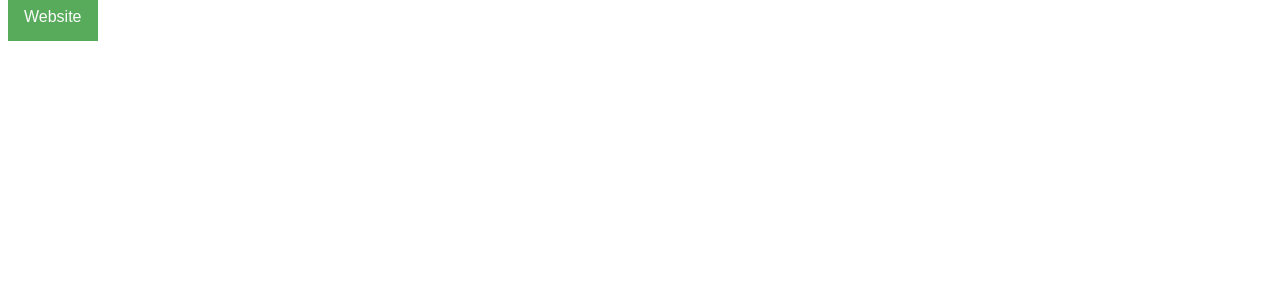
Repository: nvngon2604/Git
Page: web/index.html
These files come from the project's save history. The page is drawn as it stood at one moment and after the next save; the edit follows.
The browser window is 1280 px wide. The pictures show the whole page.

Above is the page before, as saved 2020-05-10 17:02:27.

After the next save:
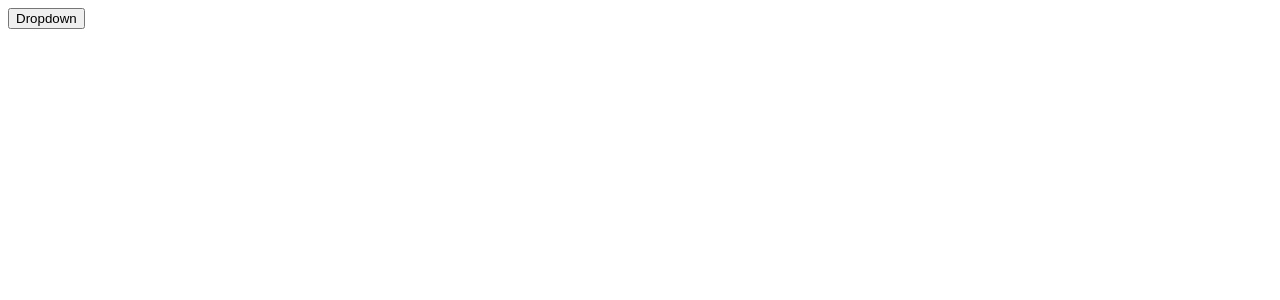
Saved 88 s later.
--- a/web/index.html
+++ b/web/index.html
@@ -7,14 +7,15 @@
     <link rel="stylesheet" href="web.css">
 </head>
 <body>
-        <div class="dropdown">
-            <span>Website</span>
+    <div class="dropdown">
+        <button type="button" class="dropbtn">
+            Dropdown
+        </button>
+        <div class="dropdown-content">
+            <a href="#">Link 1</a>
+            <a href="#">Link 2</a>
+            <a href="#">Link 3</a>
         </div>
-        <div class="dropdown-content">
-            <p>Youtube</p>
-            <p>Facebook</p>
-            <p>Google</p>
-            <p>Twitter</p>
-        </div>
+    </div>
 </body>
 </html>
